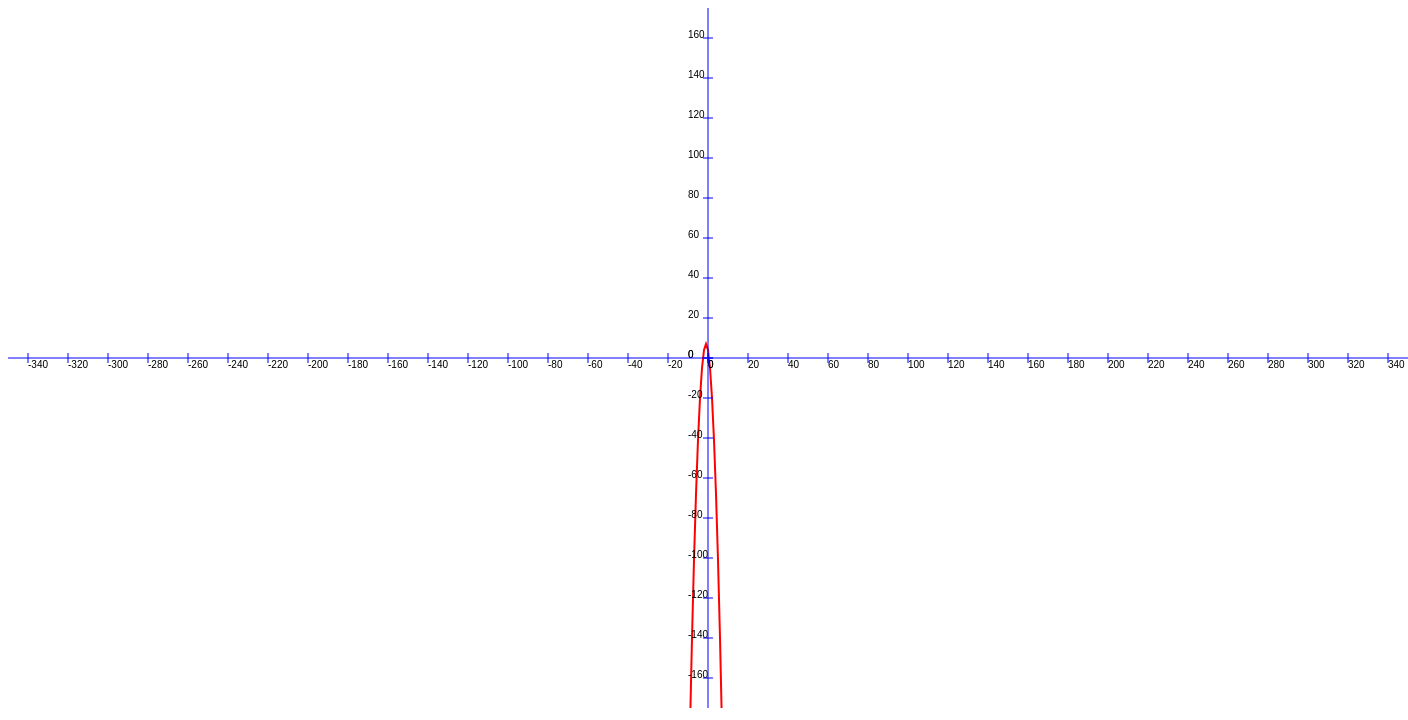
Repository: tclintaichung/book
Page: ex16/ex16_01/frame.html
These files come from the project's save history. The page is drawn as it stood at one moment and after the next save; the edit follows.
The browser window is 1280 px wide. The page is 1408 px wide, so the pictures cover 1408 px, including what lies to the right of the window. The pictures show the whole page.

Above is the page before, as saved 2025-09-27 16:33:06.

After the next save:
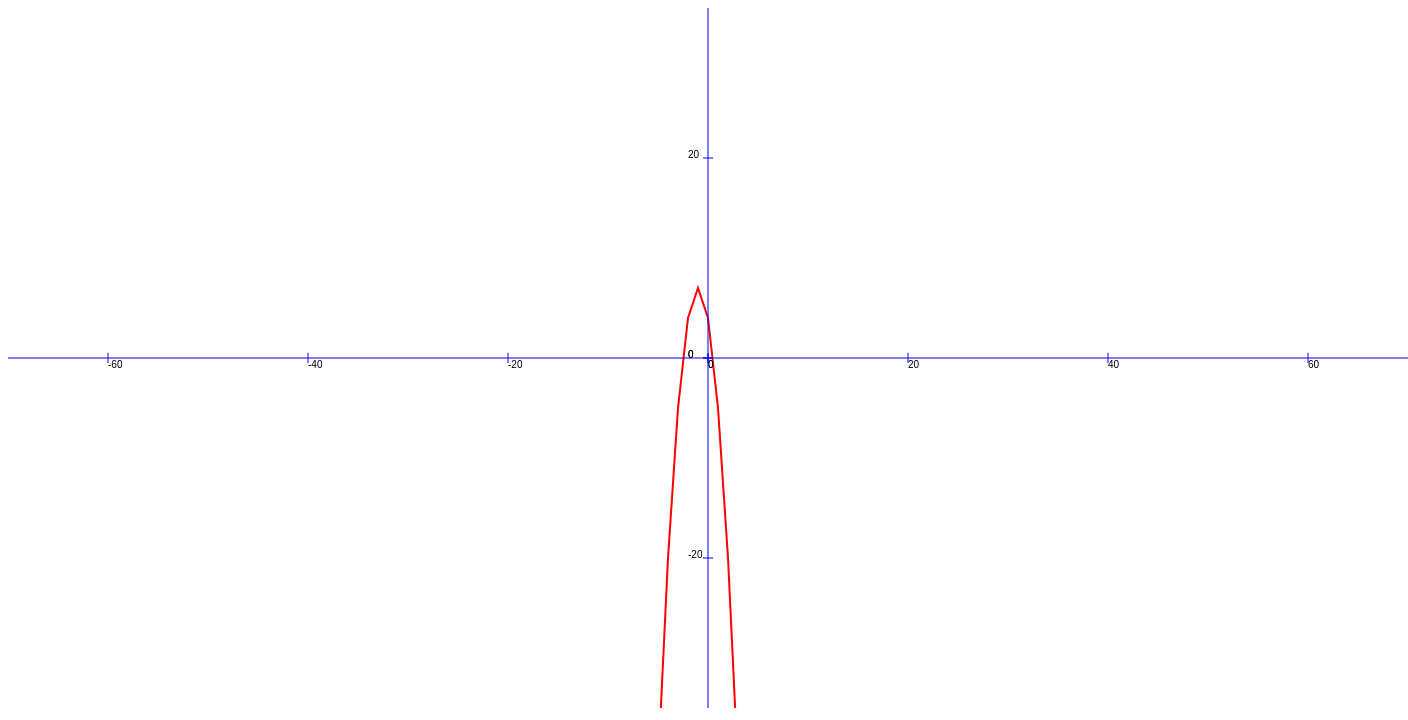
Saved 23 s later.
--- a/ex16/ex16_01/frame.html
+++ b/ex16/ex16_01/frame.html
@@ -18,7 +18,7 @@
         myCanvas.height = 700
         const point_x = [];
         const point_y = [];
-        const scale = 2.;
+        const scale =10.;
 
         parabola(point_x, point_y);
         drawCurve(point_x, point_y, scale);
